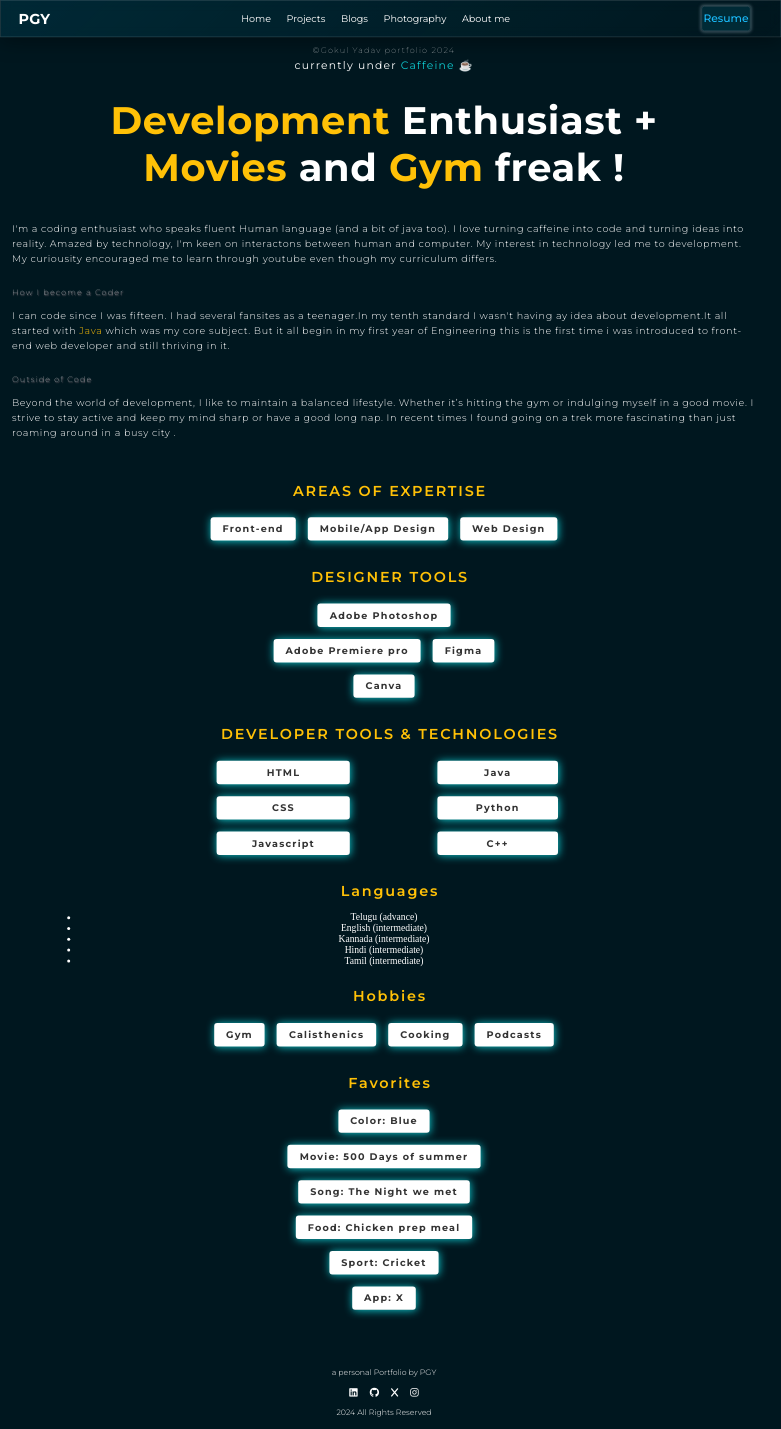
Repository: pgyunknown/pgyunknown
Page: aboutme.html
These files come from the project's save history. The page is drawn as it stood at one moment and after the next save; the edit follows.
The browser window is 1280 px wide. The page is 1302 px wide, so the pictures cover 1302 px, including what lies to the right of the window. The pictures show the whole page, at 60% of full size.
Some web libraries are served in a nearby version.

Above is the page before, as saved 2024-08-25 14:59:13.

After the next save:
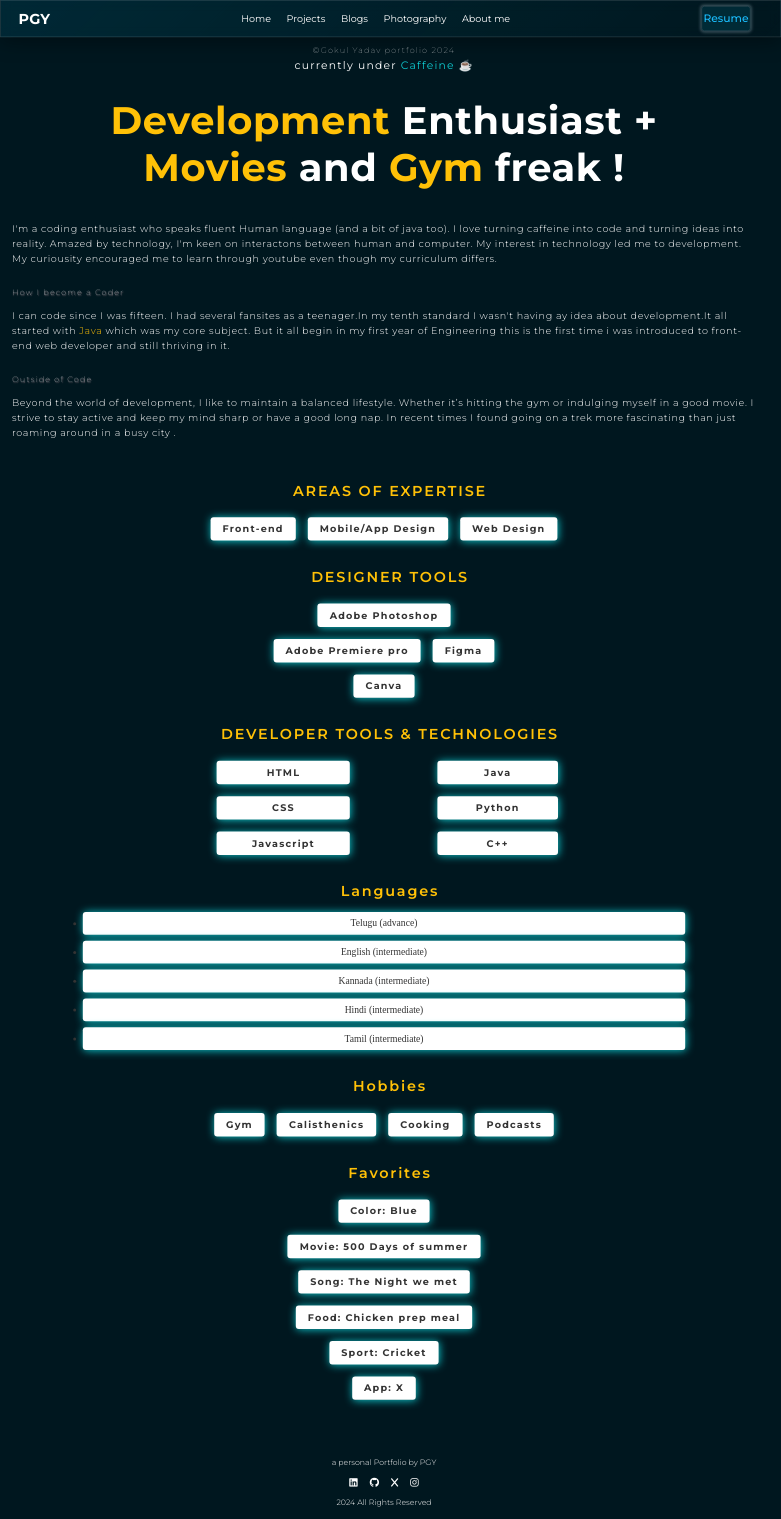
Saved 4 s later.
--- a/aboutme.css
+++ b/aboutme.css
@@ -308,7 +308,7 @@ main .aboutme span{
     font-weight: 700;
     font-style: bold;
 }
-.fav li{
+.lang li{
     background-color: #fff;
     padding: 10px 20px;
     margin: 10px;
